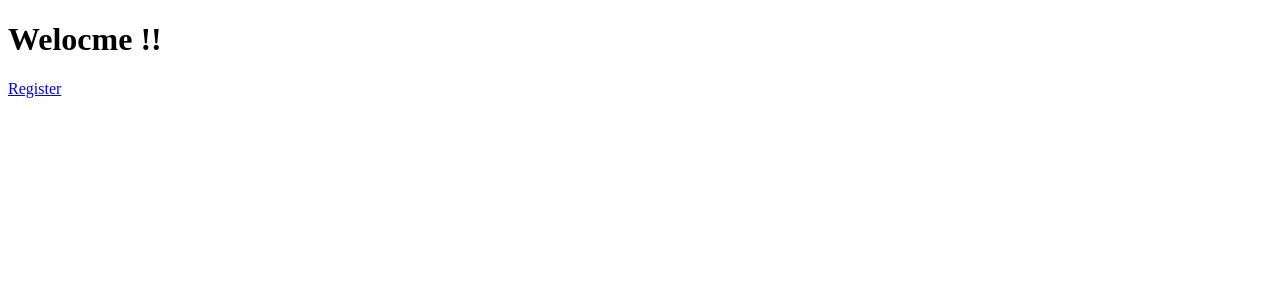
Repository: Bindu2296/allProjects
Page: FormsUsingServlets/WebContent/index.html
The author's editor kept a copy of each file at every save. The page is drawn from the files as they stood at one save, then again after the next save.
The browser window is 1280 px wide. The pictures show the whole page.

Above is the page before, as saved 2019-03-25 11:27:12.

After the next save:
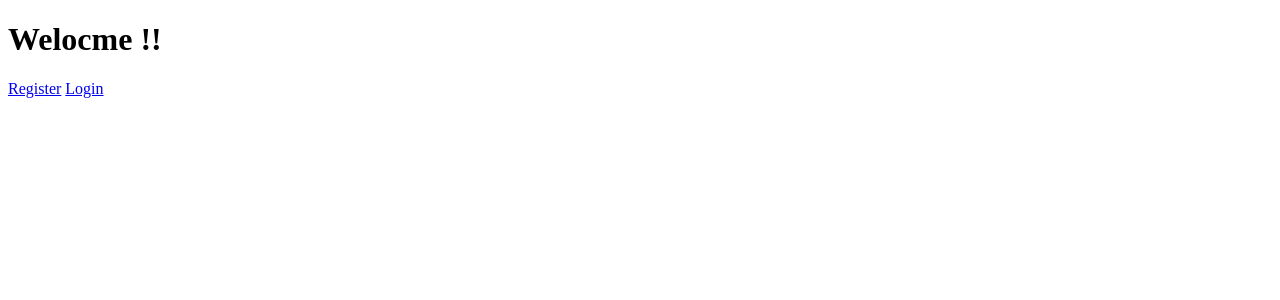
Saved 28 s later.
--- a/FormsUsingServlets/WebContent/index.html
+++ b/FormsUsingServlets/WebContent/index.html
@@ -7,6 +7,7 @@
 <body>
 <h1>Welocme !!</h1>
 <a href="forms.html">Register</a>
+<a href="login.html">Login</a>
 
 </body>
 </html>
